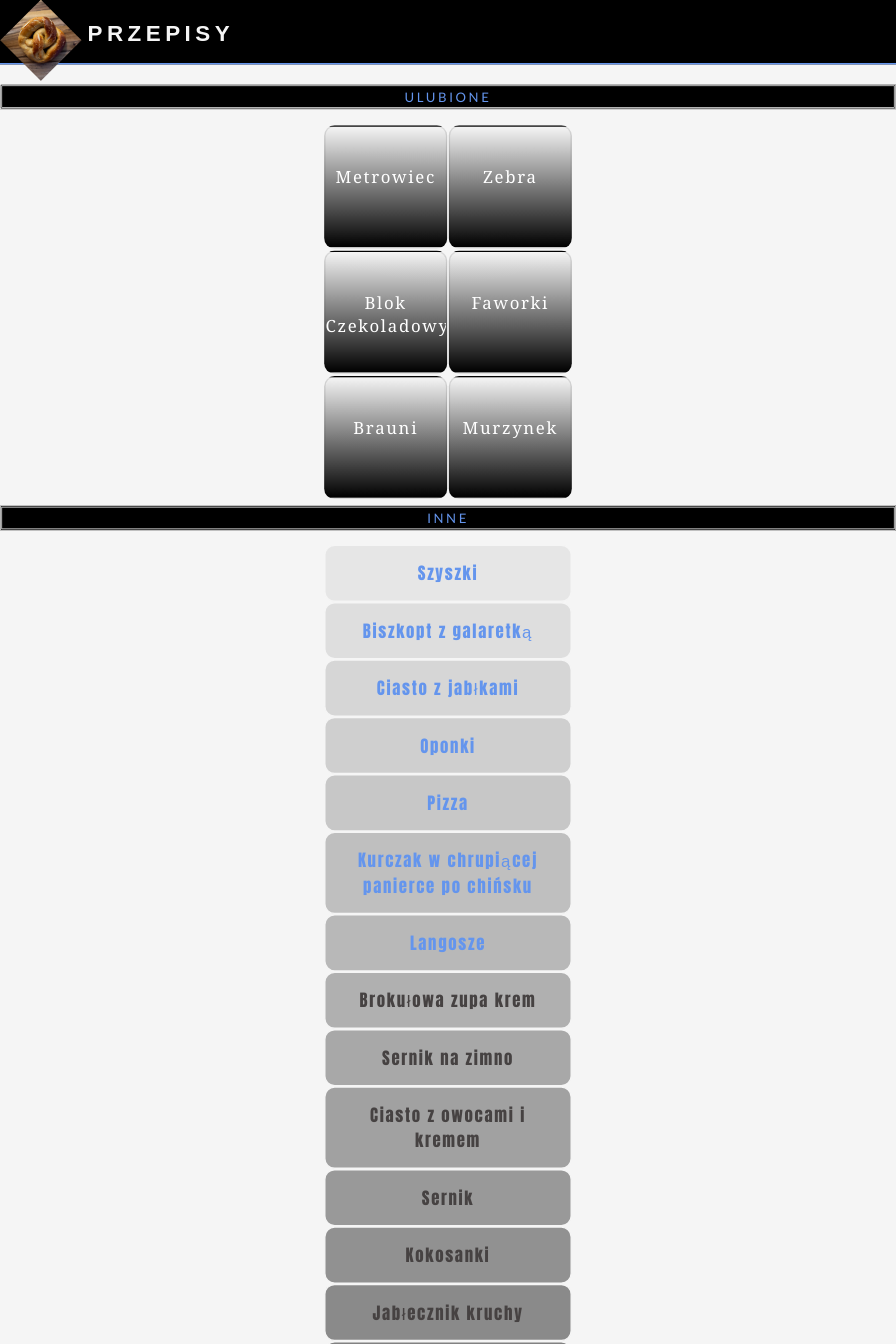
Repository: yaoayh/przepisy
Page: index.html
An editor plug-in stored every save of this project. The page is shown before and after a run of saves, followed by the edit.
The browser window is 1280 px wide. The pictures show the part of the page from y = 0 to 1920 px (the page is 3159 px tall), at 70% of full size.

Above is the page before, as saved 2020-08-14 00:28:18.

### index.html
<!DOCTYPE html>
<html>
    <head>
        <title>Przepisy</title>

        <meta charset="UTF-8">
        <meta name="viewport" content="width=device-width,
        initial-scale=1.0">
        <meta name="author" content="Dawid Litwin">

        <link rel="shortcut icon" href="images/icon.jpg">

        <link href="css/styles.css" type="text/css"
        rel="stylesheet" />
    </head>

    <body>
        <!--                HEADER                           -->
        <div id="header">
            <div class="picture">
                <a href="#top"><img src="images/precel.jpg" alt="precel"
                title="obrazek przedstawiajacy precel"
                width= "82,8" height= "82,8"></a>
            </div>
        <h1>Przepisy</h1>
        </div>


        <!--                    INFO 1                       -->

        <div class="info_Nr1">
            <h3>Ulubione</h3>
        </div>
        <!--                    SQARES                       -->

        <form class="head_Sqares">
            <!----------------------------------------------------------------------------------------------------------------------------------------------------------------------->
            <a class="m1" href="podstrony/metrowiec.html">
            <div class="sqares_Left">
                <p class="first_Choice">Metrowiec
                </p>
            </div></a>
            <a href="podstrony/Zebra.htm">
            <div class="sqares_Right">
                <p>Zebra</p>
            </div></a>
            <!---->
            <a href="podstrony/blok_Czekoladowy.html"><div class="sqares_Left">
                <p class="bigger">Blok Czekoladowy</p>
            </div></a>
            <a href="podstrony/faworki.html"><div class="sqares_Right">
                <p>Faworki</p>
            </div></a>
            <!---->
            <a href="podstrony/brauni.html"> <div class="sqares_Left">
                <p>Brauni</p>
            </div></a>
            <a href="podstrony/murzynek.html"><div class="sqares_Right">
                <p>Murzynek</p>
            </div></a>
            <!----------------------------------------------------------------------------------------------------------------------------------------------------------------------->
        </form>
        <div class="info_Nr2">
            <h3>Inne</h3>
        </div>
        <!--            CZEŚĆ DRUGA                          -->

        <form class="main2">
            <a href="podstrony/szyszki.html"><div class="n1"><p class="p1">Szyszki</p></div></a>
            <a href="podstrony/biszkopt_z_galaretką.html"><div class="n2"><p class="p1">Biszkopt z galaretką</p></div></a>
            <a href="podstrony/ciasto_z_jablkami.html"><div class="n3"><p class="p1">Ciasto z jabłkami</p></div></a>
            <a href="podstrony/oponki.html"><div class="n4"><p class="p1">Oponki</p></div></a>
            <a href="podstrony/pizza.html"><div class="n5"><p class="p1">Pizza</p></div></a>
            <a href="podstrony/kurczak_po_chinsku.html"><div class="n6"><p class="p1">Kurczak w chrupiącej panierce po chińsku</p></div></a>
            <a href="podstrony/langosze.html"><div class="n7"><p class="p1">Langosze</p></div></a>
            <a href="podstrony/brokulowa_zupa_krem.html"><div class="n8"><p class="p1_Shadow">Brokułowa zupa krem</p></div></a>
            <a href="podstrony/sernik_na_zimno.html"><div class="n9"><p class="p1_Shadow">Sernik na zimno</p></div></a>
            <a href="podstrony/ciasto_z_owocami_i_kremem.html"><div class="n10"><p class="p1_Shadow">Ciasto z owocami i kremem</p></div></a>
            <a href="podstrony/sernik.html"><div class="n11"><p class="p1_Shadow">Sernik</p></div></a>
            <a href="podstrony/kokosanki.html"><div class="n12"><p class="p1_Shadow">Kokosanki</p></div></a>
            <a href="podstrony/jablecznik_kruchy.html"><div class="n13"><p class="p1_Shadow">Jabłecznik kruchy</p></div></a>
            <a href="podstrony/ciasto_kasi.html"><div class="n14"><p class="p1_Shadow">Ciasto Kasi</p></div></a>
            <a href="podstrony/ciasto_ucierane.html"><div class="n15"><p class="p1">Ciasto ucierane z owocami</p></div></a>
            <a href="podstrony/gofry.html"><div class="n16"><p class="p1">Gofry</p></div></a>
            <a href="podstrony/brauni.html"><div class="n17"><p class="p1">Brauni Kasi</p></div></a>
            <a href="podstrony/salatka_francuska.html"><div class="n18"><p class="p1">Sałatka francuska</p></div></a>
            <a href="podstrony/botwina.html"><div class="n19"><p class="p1">Botwina</p></div></a>
            <a href="podstrony/nalewka.html"><div class="n20"><p class="p1">Nalewka</p></div></a>
            <a href="podstrony/salatka_zolta.html"><div class="n21"><p class="p1">Sałatka żółta</p></div></a>
            <a href="podstrony/ogorki_konserwowe.html"><div class="n22"><p class="p1">Ogórki konserwowe</p></div></a>
            <a href="podstrony/zacierki.html"><div class="n23"><p class="p1">Zacierki</p></div></a>
            <div class="n24"><p class="p1">Zupa serowa z pulpetami</p></div>
            <a href="podstrony/sos_beszamelowy_zapiekany.html"><div class="n25"><p class="p1">Sos beszamelowy Zapiekany</p></div></a>
            <a href="podstrony/kurczak_z_antylii.html">
                <div class="n26">
                    <p class="p1">Kurczak z Antylii</p>
                </div>
            </a>
            <br>

        </form>
        <br><br><br>

        <!--            PRAWA AUTORIESKIE                    -->

        <form class="bottom">
            <strong> <q>Precel</q>
                by <a class="a_Bottom" href="https://www.flickr.com/photos/ajay_suresh/">ajay_suresh</a>
        </strong>
        </form>


    </body>
</html>

### css/styles.css

html{overflow: scroll;}
body {
    height: auto;
	margin: 0px;
    background-color: whitesmoke;
}

/*                      Nagłówek                    */
body.body_Undersite{
    padding: 5px;
}
#header {
    top: 0px;
    width: 100%;
    height: 90px;
    position: fixed;
    background-color: black;
    border-bottom: 2px solid cornflowerblue;}

.picture{
    margin: 16px;
    float: left;
    width: 82px;
    transform: rotate(45deg);}

h1 {
    text-transform: uppercase;
    font-family: Arial, Helvetica, sans-serif;
    letter-spacing: 0.2em;
    font-style: normal;
    color: whitesmoke;
    padding: 30px 30px 30px 15px;
    margin-left: 110px;
    margin-top: 0px;}


/*                  CZESC II                    */
form.main2{
    margin: auto;
    height: auto; /*531px;*/
    width: 354px;/*354px;*/
    background-color: whitesmoke;
    padding: 5px;}
.info_Nr1, .info_Nr2{
    background-color: black;
    border: 12px 12px 12px 12px;
    border-color: white;
    border-style: double;
    text-align: center;
    margin-top: 120px;
    margin-bottom: 15px;
}

h3 {
    font-weight: normal;
    color: cornflowerblue;
    font-family: "Gill Sans", Arial, sans-serif;
    text-transform: uppercase;
    text-align: center;
    padding: 4px;
    margin: 0px;
    letter-spacing: 0.2em;}

/*                      BLOKI                   */

form.head_Sqares {
    margin: auto;
    height: 531px; /*531px;*/
    width: 354px;/*354px;*/
    background-color: whitesmoke;
    padding: 5px;}

.sqares_Left, .sqares_Right {
    text-decoration: none;
    border-radius: 15px;
    width: 172px;
    height: 172px;
    background-image: linear-gradient(whitesmoke, black);
    color: white;
    margin-top: 3px;
    overflow: auto;
    border: 2px solid rgba(0, 0, 0, .1);

}
.sqares_Left{
    float: left;
    }
/* .first_Choice{color: cornflowerblue;} */
.sqares_Right{
    float: right ;
    clear: right;}
p {

    border-radius: 5px;
    text-decoration: none;
    padding-top: 55px;
    text-align: center;
    font-family: Georgia, 'Times New Roman', Times, serif;
    font-size: x-large;
    letter-spacing: 0.10em;
    margin:0px;}
p.p1_Shadow{padding: 21px; color: rgb(70, 66, 66);
    font-family: Impact, Haettenschweiler, 'Arial Narrow Bold', sans-serif;
text-decoration: none;}
p.p1{
    font-family: Impact, Haettenschweiler, 'Arial Narrow Bold', sans-serif;
    text-decoration: none;
    padding: 21px;
    color: cornflowerblue;}
#bigger {
    font-size: 9px;
    padding: 0px 0px;}
.info_Nr2 {margin-top: 10px;}

.n1,.n2,.n3,.n4,.n5,.n6,.n7,.n8,.n9,.n10,.n11,.n12,.n13,.n14,.n15,.n16,.n17,.n18,.n19,.n20,.n21,.n22,.n23,.n24,.n25,.n26,.n27{
    border-radius: 15px;
    border: 2px solid whitesmoke;
    clear: both;}
div.n1 {

    background-color: hsl(0, 0%, 90%);
}
.n2{
    background-color: hsl(0,0%,87%);
}
.n3{
    background-color: hsl(0, 0%, 84%);
}
.n4{
    background-color: hsl(0, 0%, 81%);
}
.n5{
    background-color: hsl(0, 0%, 78%);
}
.n6{
    background-color: hsl(0, 0%, 75%);
}
.n7{
    background-color: hsl(0, 0%, 72%);
}
.n8{
    background-color: hsl(0, 0%, 69%);
}
.n9{
    background-color: hsl(0, 0%, 66%);
}
.n10{
    background-color: hsl(0, 0%, 63%);
}
.n11{
    background-color: hsl(0, 0%, 60%);
}
.n12{
    background-color: hsl(0, 0%, 57%);
}
.n13{
    background-color: hsl(0, 0%, 54%);
}
.n14{
    background-color: hsl(0, 0%, 51%);
}
.n15{
    background-color: hsl(0, 0%, 48%);
}
.n16{
    background-color: hsl(0, 0%, 45%);
}
.n17{
    background-color: hsl(0, 0%, 42%);
}
.n18{
    background-color: hsl(0, 0%, 39%);
}
.n19{
    background-color: hsl(0, 0%, 36%);
}
.n20{
    background-color: hsl(0, 0%, 33%);
}
.n21{
    background-color: hsl(0, 0%, 30%);
}
.n22{
    background-color: hsl(0, 0%, 27%);
}
.n23{
    background-color: hsl(0, 0%, 24%);
}
.n24{
    background-color: hsl(0, 0%, 21%);
}
.n25{
    background-color: hsl(0, 0%, 18%);
}
.n26{
    background-color: hsl(0, 0%, 15%);
}
.n27{background-color: hsl(0, 0%, 12%);}


/*                  PRAWA AUTORSKIE             */
.a_Bottom {
    text-decoration: none;
    color: white;
    text-decoration-line: underline;
}
.bottom {
    padding: 5px;
    text-decoration: none;
    background-color: black;
    color: white;
}
/**************************************************************************************/

#header_Undersite {
    top: 0px;
    width: 100%;
    height: 90px;
    position: fixed;
    background-color: black;
    border-bottom: 2px solid cornflowerblue;}
h1.h1_Undersite {
    letter-spacing: 0.15em;
}

a.m1:visited{
    color: cornflowerblue;
}
a {

    text-decoration: whitesmoke;

}
a:visited{
    color: whitesmoke;
}
a:hover{
    text-decoration: none;
    background-color: aquamarine;
    color: cyan;
}
td{
    font-size: large;
    text-decoration: solid;
    font-family: Arial, Helvetica, sans-serif;
    padding: 5px;
    background-color: cornflowerblue;
    border-radius: 5px;

}
form.form_Undersite{
    margin-top: 120px;
    background-color: rgb(245, 245, 245);
}
.name{
    max-width: 400px;
    border-radius: 35px;
    border: 8px double cornflowerblue;
    background-color: hsl(245,0%,95%);
    padding: 5px 0px 5px 5px;
    margin: 5px;}

h2 {
    text-align: left;
    font-size: x-large;
    text-transform: uppercase;
    font-family: Arial, Helvetica, sans-serif;
    letter-spacing: 0.2em;
    font-style: normal;
    color: whitesmoke;
    padding: 30px;
    border: 1px solid cornflowerblue;
    border-radius: 0px 20px 20px 0px;
    max-width: 120px;
    background-color: cornflowerblue;
    }
table {

    margin-right: 0px;
    padding: 10px 0px 10px 0px;
}
tr{
    empty-cells: hide;
}
td {
    width: 60px;
    background-color: hsl(0,0%,87%);
    border-radius: 10px;
    padding: 10px 5px 10px 10px;
    text-align: right;
    font-weight: bold;
}
td.table2{
    width: auto;
    background-color: cornflowerblue;
    border-radius: 50px;
    font-weight: normal;
    padding: 10px 10px 10px 10px;
    text-align: left;
}
ol{
    padding: 10px 0px 10px 0px;
    margin: 25px;
    border-radius: 20px;
    background-color: hsl(0,0%,87%);
}
li {

    font-family: Arial, Helvetica, sans-serif;
    font-size: large;
    padding: 15px 5px 10px 5px;
}
.ps{
    background-color: hsl(0,0%,87%);
    margin: 5px;
    border: 4px double cadetblue;
    border-radius: 5px;
    padding: 5px;
}

After the next 2 saves:
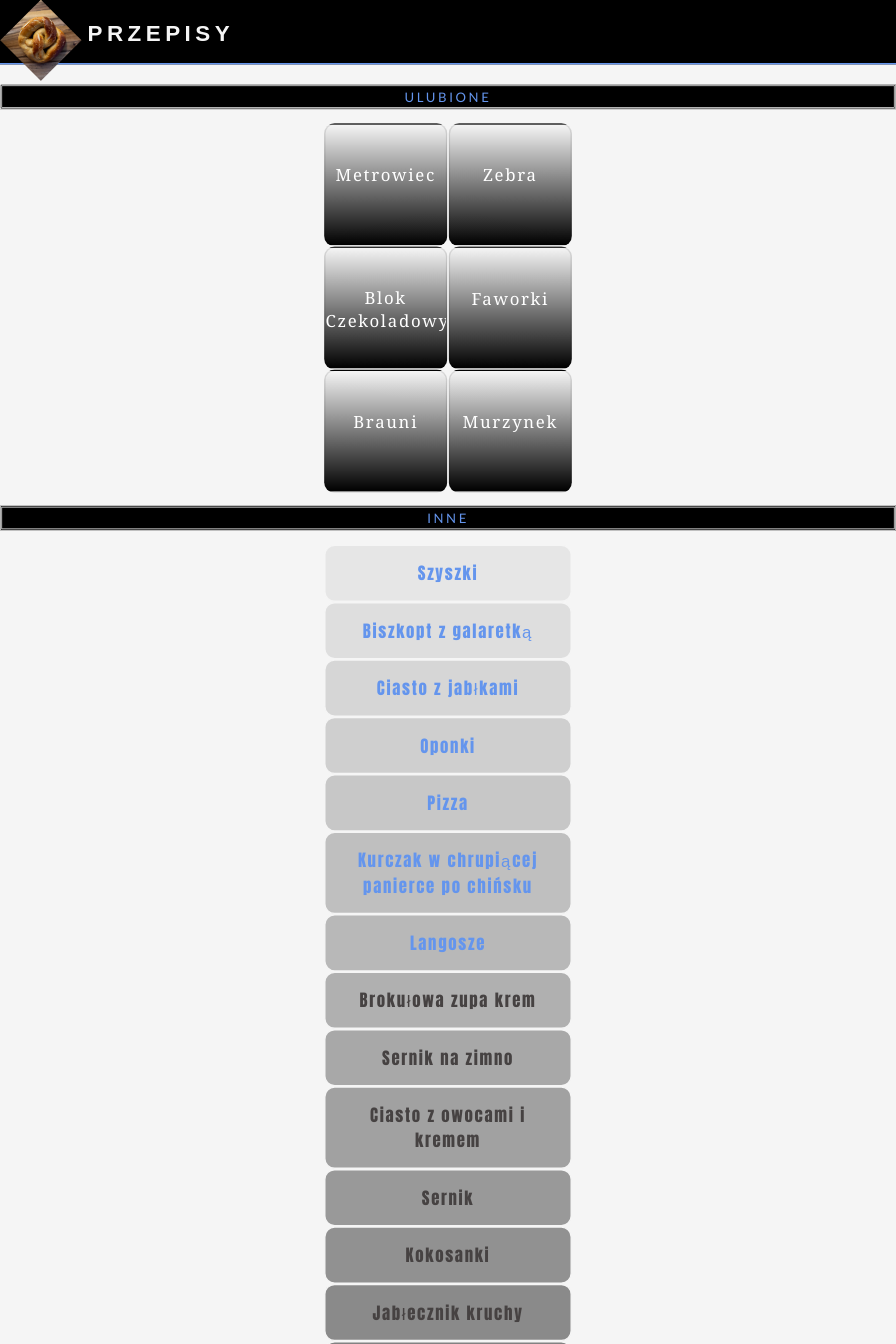
The 2 saves are shown as one change because they came seconds apart.
The last was saved 19 s later.
--- a/css/styles.css
+++ b/css/styles.css
@@ -78,7 +78,7 @@ form.head_Sqares {
     height: 172px;
     background-image: linear-gradient(whitesmoke, black);
     color: white;
-    margin-top: 3px;
+    margin-top: 0px;
     overflow: auto;
     border: 2px solid rgba(0, 0, 0, .1);
 
